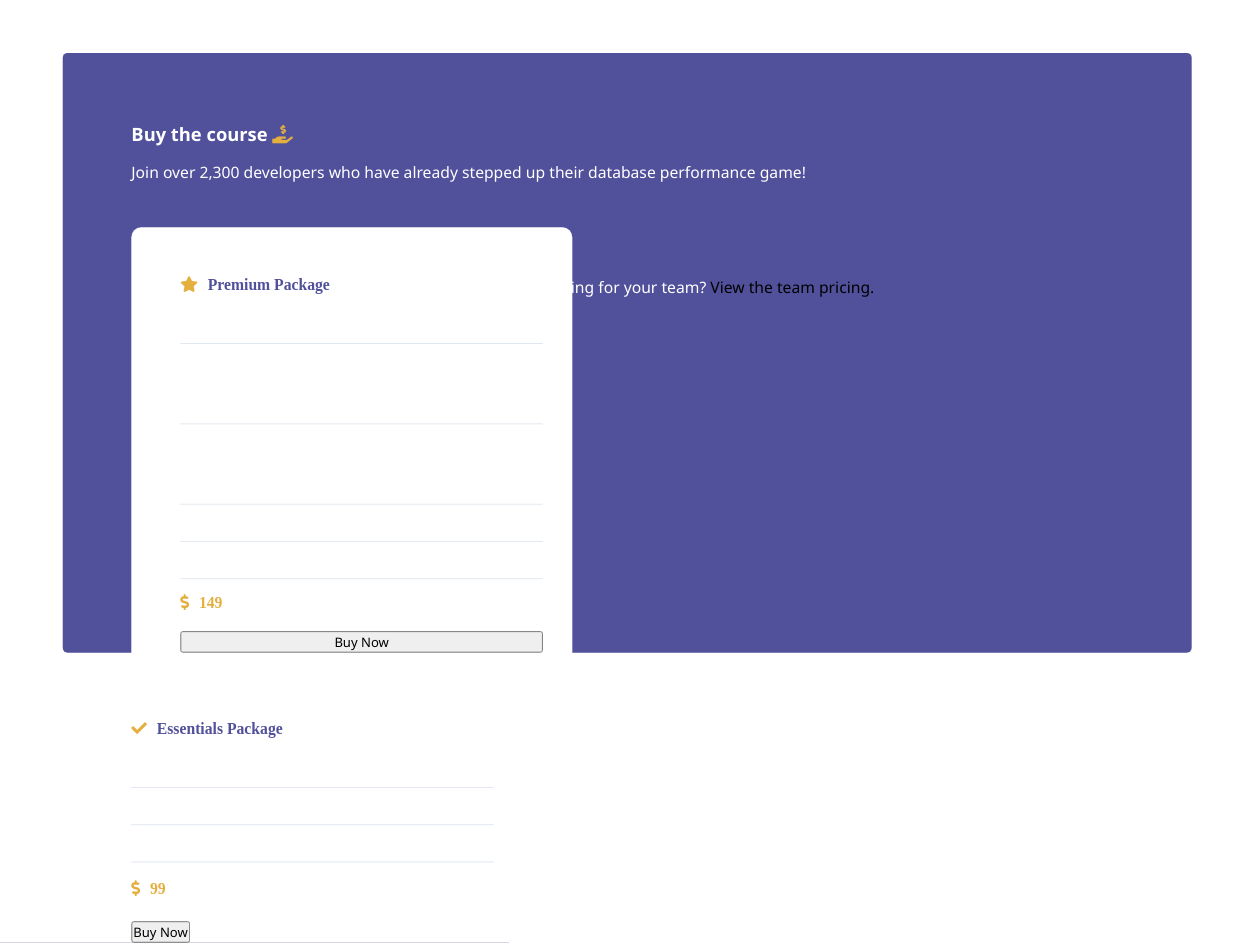
Repository: Z-ayat/Challenges
Page: Challenge 4/index.html
These files come from the project's save history. The page is drawn as it stood at one moment and after the next save; the edit follows.
The browser window is 1280 px wide. The pictures show the whole page, at 98% of full size.

Above is the page before, as saved 2021-09-07 01:32:34.

After the next save:
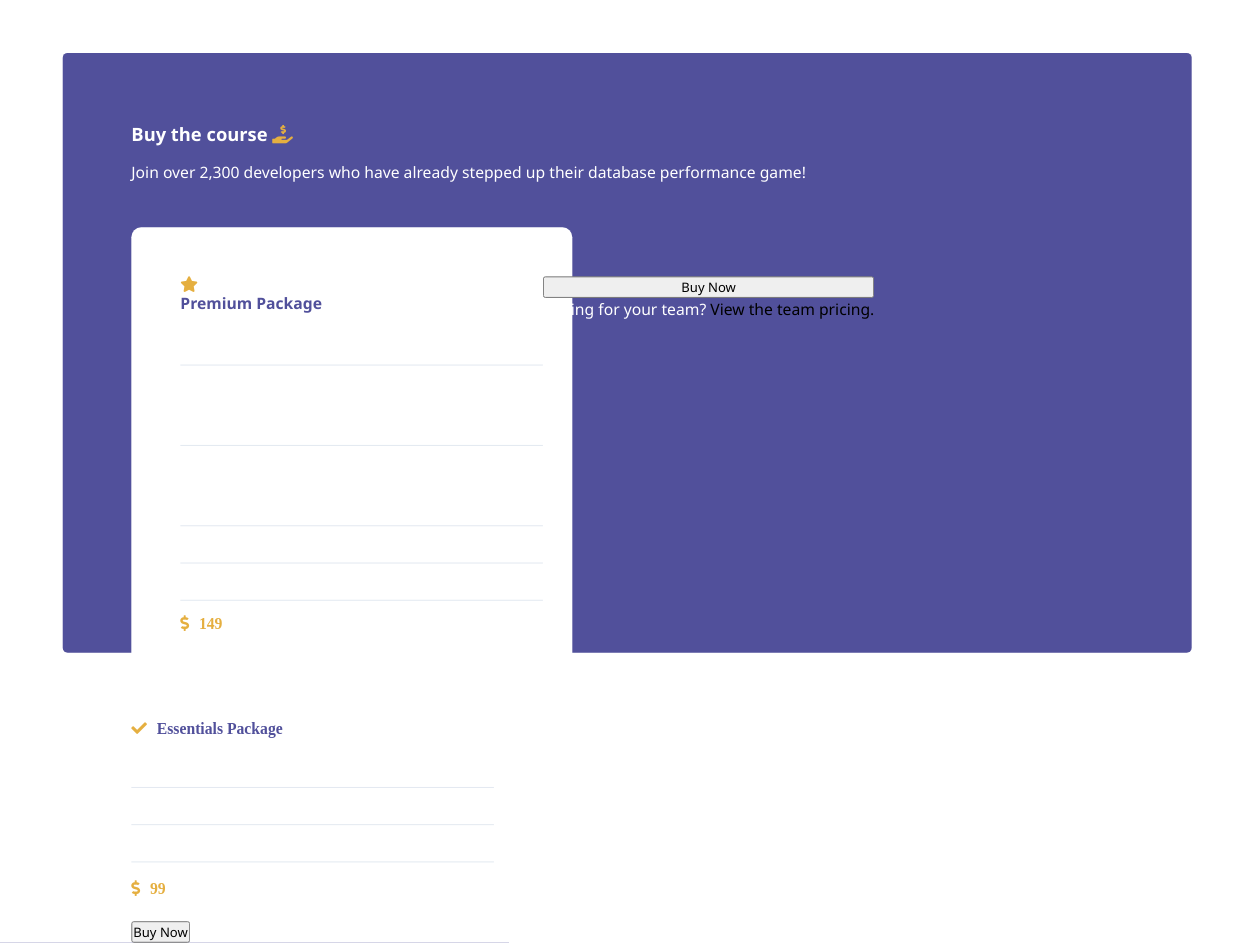
Saved 53 s later.
--- a/Challenge 4/index.html
+++ b/Challenge 4/index.html
@@ -18,7 +18,9 @@
                 <p class="join">Join over 2,300 developers who have already stepped up their database performance game!</p>
             </div>
             <div class="prem-pack">
-                <p class="headtitle fas fa-star">Premium Package</p>
+                <p class="fas fa-star">
+                    <p class="headtitle">Premium Package</p>
+                </p>
                 <p class="specs">Access to a total of 28 lessons</p>
                 <p class="specs"><span class="import">Includes 6 additional advanced lessons</span> on natural sorting, full-text searching and geospatial queries</p>
                 <p class="specs"><span class="import"> Full source code for all lessons,</span>including MySQL,Poistgres and SQLite versions (where possible)</span>
